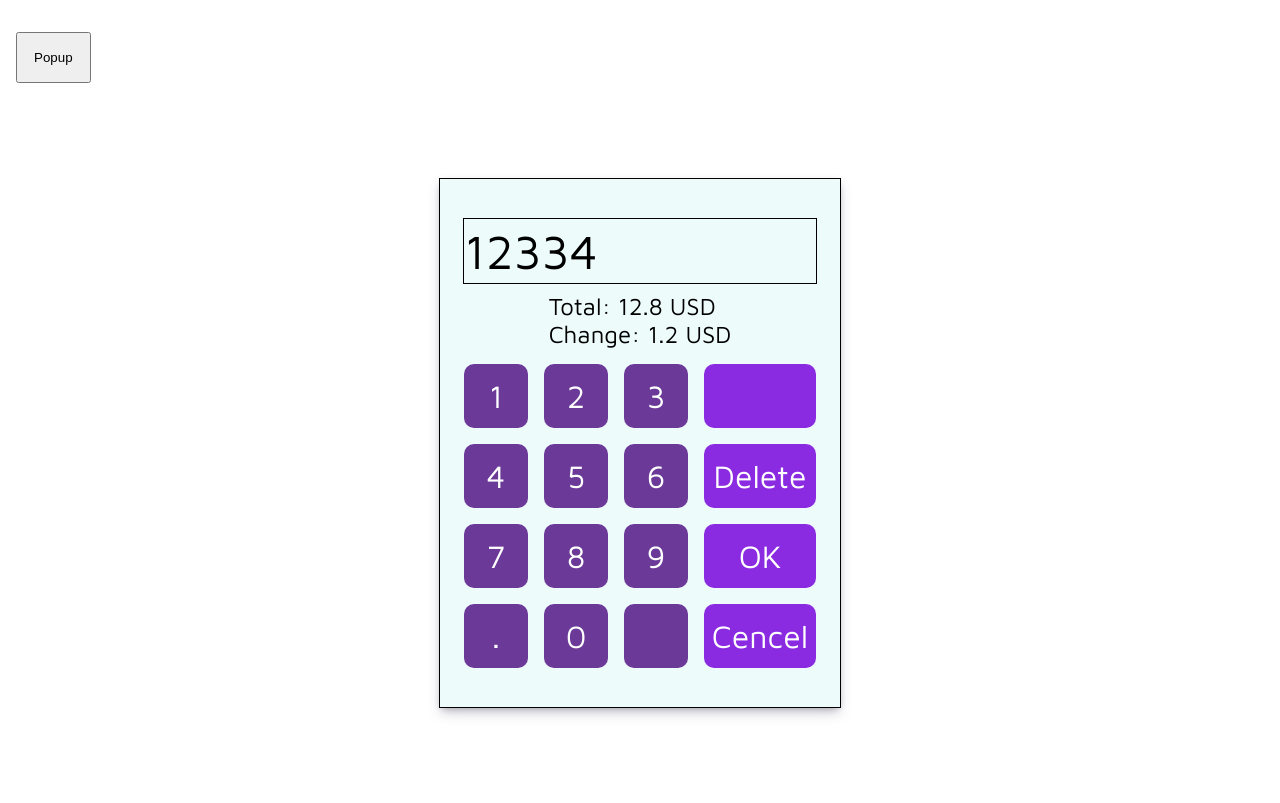
Repository: Dapravith/Midterm-SE-GIC-Cafe-Project-Group16
Page: src/main/resources/templates/changeCalculate.html
These files come from the project's save history. The page is drawn as it stood at one moment and after the next save; the edit follows.
The browser window is 1280 px wide. The pictures show the whole page.

Above is the page before, as saved 2023-05-12 16:32:20.
Console error: TypeError: Cannot read properties of null (reading 'addEventListener')

After the next save:
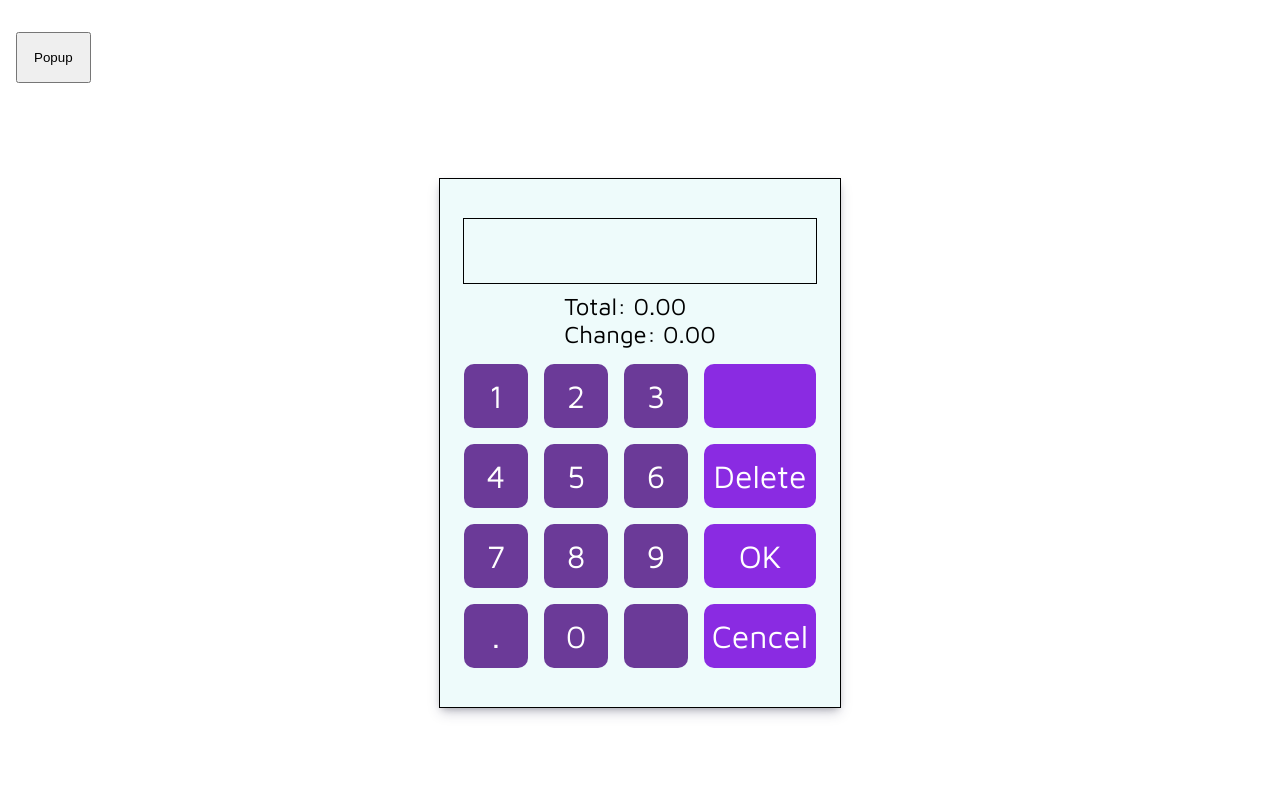
Saved 69 s later.
--- a/src/main/resources/templates/changeCalculate.html
+++ b/src/main/resources/templates/changeCalculate.html
@@ -154,11 +154,11 @@
     <div class="main_wrapper">
       <div class="wrapper_container">
         <div class="number-box">
-          <div class="number_box">12334</div>
+          <div class="number_box"></div>
         </div>
         <div class="total_change_row">
-          <span>Total: 12.8 USD</span>
-          <span>Change: 1.2 USD</span>
+          <span>Total: 0.00</span>
+          <span>Change: 0.00</span>
         </div>
         <!-- row 1 -->
         <div class="first_row">
